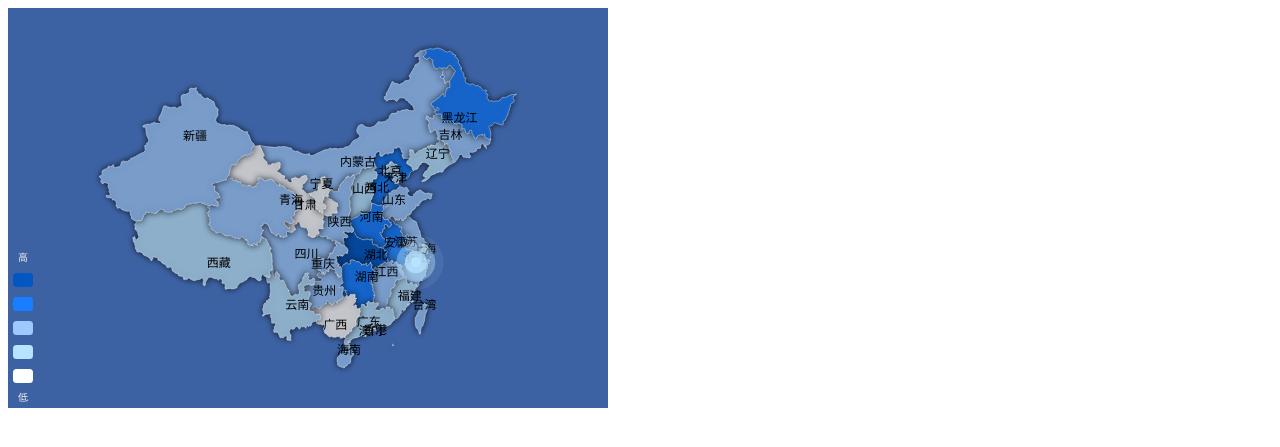
Repository: 572031690/echartssimple
Page: 21.地图常见效果_地图和散点图结合.html
The author's editor kept a copy of each file at every save. The page is drawn from the files as they stood at one save, then again after the next save.
The browser window is 1280 px wide. The pictures show the whole page.

Above is the page before, as saved 2021-08-11 12:00:53.

After the next save:
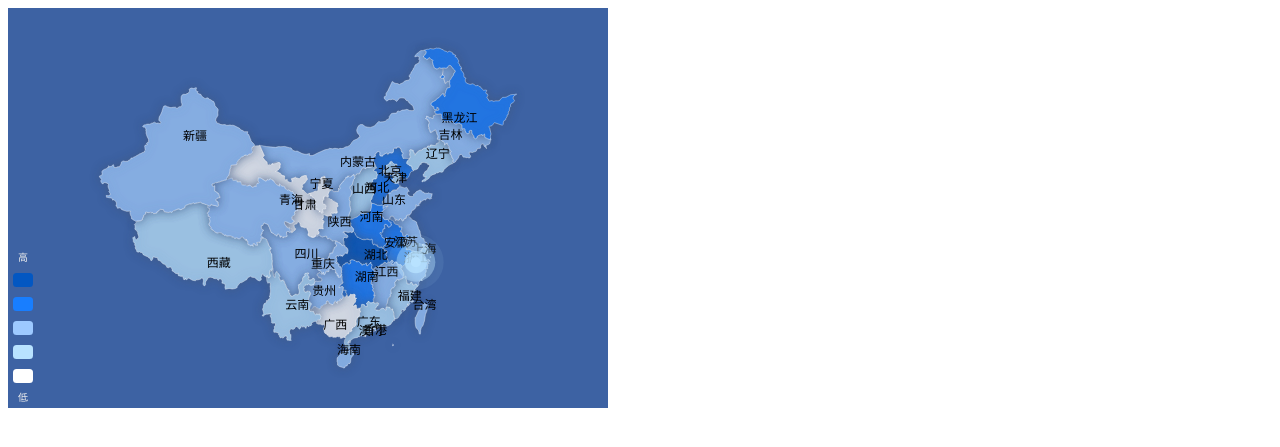
Saved 20 min 11 s later.
--- a/21.地图常见效果_地图和散点图结合.html
+++ b/21.地图常见效果_地图和散点图结合.html
@@ -78,8 +78,8 @@
             normal: {
               areaColor: '#416cbb',//地图区域的颜色。
               borderColor: '#fff',//图形的描边颜色。支持的颜色格式同 color，不支持回调函数。
-              shadowColor: '#000',//阴影颜色。#41587f
-              shadowBlur: 6,//图形阴影的模糊大小。
+              shadowColor: '#41587f',//阴影颜色。#41587f
+              shadowBlur: 10,//图形阴影的模糊大小。
               opacity: 0.75//图形透明度
             },
             emphasis: {
